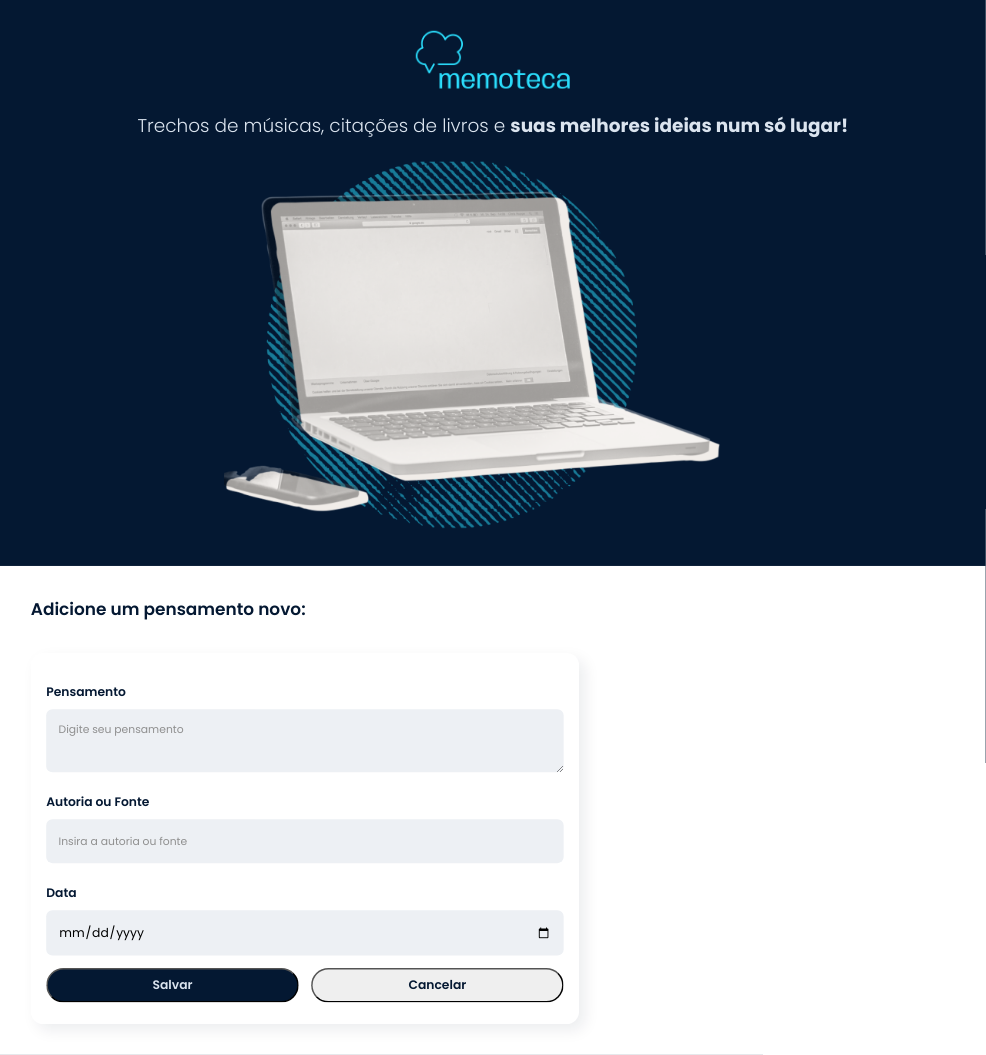
Repository: joaoPraiaJunior/crud_js
Page: index.html
The author's editor kept a copy of each file at every save. The page is drawn from the files as they stood at one save, then again after the next save.
The browser window is 1280 px wide. The pictures show the whole page, at 77% of full size.

Above is the page before, as saved 2024-09-26 23:05:02.

### index.html
<!doctype html>
<html lang="pt-BR" dir="ltr">
	<head>
		<meta charset="UTF-8">
		<meta name="viewport" content="width=device-width, initial-scale=1">
		<title>CRUD de Pensamentos</title>
		<link rel="preconnect" href="https://fonts.googleapis.com">
		<link rel="preconnect" href="https://fonts.gstatic.com" crossorigin>
		<link href="https://fonts.googleapis.com/css2?family=Poppins:ital,wght@0,100;0,200;0,300;0,400;0,500;0,600;0,700;0,800;0,900;1,100;1,200;1,300;1,400;1,500;1,600;1,700;1,800;1,900&display=swap" rel="stylesheet">
		<link href="https://fonts.googleapis.com/css2?family=Roboto+Mono:ital,wght@0,100..700;1,100..700&display=swap" rel="stylesheet">
		<link rel="stylesheet" href="css/styles.css">
	</head>
	<body>
		<header class="cabecalho">
			<div class="logo">
				<img src="assets/imagens/logo.png" alt="Logo do CRUD meus pensamentos">
				<h1>
					Trechos de músicas,
					citações de livros e
					<strong>suas melhores ideias num só lugar!</strong>
				</h1>
			</div>
			<div class="imagem-cabecalho">
				<img src="assets/imagens/computador-cabecalho.png" aria-hidden="true" alt>
			</div>
		</header>
		<main class="background-overlay">
			<div class="overlay"></div>
			<div class="overlay overlay-color"></div>
			<section>
				<h2>Adicione um pensamento novo:</h2>
				<div id="form-container">
					<form id="pensamento-form" data-js="formulario">
						<input type="hidden" id="pensamento-id" name="id">
						<label for="pensamento-conteudo">Pensamento</label>
						<textarea id="pensamento-conteudo" name="conteudo" placeholder="Digite seu pensamento" minlength="10" maxlength="200" required></textarea>
						<label for="pensamento-autoria"> Autoria ou Fonte </label>
						<input type="text" id="pensamento-autoria" name="autoria" placeholder="Insira a autoria ou fonte" minlength="3" maxlength="15" required>
						<label for="pensamento-data">Data</label>
						<input type="date" name="data" id="pensamento-data" required>
						<div class="form-botoes">
							<button type="submit" id="botao-salvar">Salvar</button>
							<button type="reset" id="botao-cancelar" data-js="botao-resetar-formulario">Cancelar</button>
						</div>
					</form>
				</div>
			</section>
			<!-- <section id="lista-pensamentos-container">
				<h3>Meu Mural</h3>
                <div id="busca-container">
                    <label for="campo-busca">
                        <input type="search" name="busca" id="campo-busca" placeholder="O que você procura?" data-js="busca-pensamento">
                    </label>
                </div>
				<div id="mensagem-vazia" class="mensagem-vazia" data-js="mural-vazio">
					<img src="assets/imagens/lista-vazia.png" alt="Nenhum pensamento disponível">
					<p>Nada por aqui ainda, que tal compartilhar alguma ideia?</p>
				</div>
				<ul id="lista-pensamentos" data-js="lista-de-pensamentos"></ul>
			</section> -->
		</main>
		<!-- <footer>
			<p>&copy; 2024 Desenvolvido por Alura. Projeto fictício sem fins comerciais.</p>
		</footer>

		<script type="module" src="./js/main.js"></script> -->
	</body>
</html>

### css/styles.css
* {
	margin: 0;
	padding: 0;
	box-sizing: border-box;
}

html {
	font-size: 62.5%;
	scroll-behavior: smooth;
}

:root {
	--Baby-blue: #dbe4ef;
	--Azul-Dark: #041832;
	--Cinza-claro: #edf0f4;
	--Cinza-medio: #8f8f8f;
	--Cinza: #444;
	--font-primaria: 'Poppins', sans-serif;
	--font-secundaria: 'Roboto Mono', sans-serif;
}

body {
	font-family: var(--font-primaria);
}

h2,
h3 {
	color: var(--Azul-Dark, #041832);
	font-family: var(--font-primaria);
	font-size: 2.2rem;
	font-style: normal;
	font-weight: 600;
	line-height: normal;
}

header {
	display: flex;
	flex-direction: column;
	justify-content: center;
	align-items: center;
	gap: 3rem;
	background: var(--Azul-Dark, #041832);
	padding: 4rem;
}

.logo {
	display: flex;
	flex-direction: column;
	align-items: center;
	gap: 3rem;
}

.logo img {
	max-width: 20rem;
}

.logo h1 {
	color: var(--Baby-blue, #dbe4ef);
	font-family: var(--font-primaria);
	font-size: 2.4rem;
	font-weight: 300;
	line-height: 3.5rem;
	text-align: center;
}

.imagem-cabecalho img {
	max-width: 100%;
}

main {
	padding: 4rem;
}

#form-container {
	display: flex;
	flex-direction: column;
	align-items: center;
	justify-content: center;
	gap: 4rem;
	background: #fff;
	margin-top: 4rem;
	border-radius: 1.6rem;
	padding: 2.8rem 2rem;
	box-shadow: 8px 8px 20px 0px rgba(4, 24, 50, 0.08);
	width: 100%;
	max-width: 71.2rem;
}

#pensamento-form {
	display: flex;
	flex-direction: column;
	width: 100%;
}

#pensamento-conteudo,
#pensamento-autoria,
#pensamento-data {
	padding: 1.6rem;
	border-radius: 8px;
	background: var(--Cinza-claro, #edf0f4);
}

#pensamento-conteudo {
	min-height: 8rem;
}

#pensamento-data {
	cursor: pointer;
}

#pensamento-form label {
	color: var(--Azul-Dark, #041832);
	font-family: var(--font-primaria);
	font-size: 1.6rem;
	font-weight: 600;
	margin: 1rem 0;
}

#pensamento-conteudo::placeholder,
#pensamento-autoria::placeholder {
	color: var(--Cinza-medio, #8f8f8f);
	font-family: var(--font-primaria);
	font-size: 1.4rem;
	font-style: normal;
	font-weight: 400;
}

#pensamento-form textarea,
#pensamento-form input {
	font-size: 1.6rem;
	font-family: var(--font-primaria);
	margin-bottom: 1.6rem;
	border-style: none;
	outline: none;
}

.form-botoes {
	display: flex;
	justify-content: space-between;
	gap: 1.6rem;
}

#botao-salvar,
#botao-cancelar {
	color: var(--Baby-blue, #dbe4ef);
	font-family: var(--font-primaria);
	font-size: 1.6rem;
	font-weight: 600;
	padding: 0.8rem 0;
	border-radius: 3.2rem;
	width: 100%;
	cursor: pointer;
}

#botao-salvar {
	background: var(--Azul-Dark, #041832);
}

#botao-cancelar {
	color: var(--Azul-Dark, #041832);
}

/* main {
	padding-top: 12rem;
	flex: 1;
	display: flex;
	flex-direction: column;
	align-items: center;
	position: relative;
	min-height: 280vh;
	box-sizing: border-box;
}

.overlay {
	position: absolute;
	top: 0;
	left: 0;
	width: 100%;
	height: 100%;
	background-image: url('/assets/imagens/background.png');
	background-size: cover;
	opacity: 0.5;
	z-index: -1;
}

.overlay-color {
	background-color: #f4f4f4;
}


.conteudo-cabecalho {
	display: flex;
	justify-content: center;
	gap: 3.2rem;
	align-items: center;
}

header .logo {
	display: flex;
	flex-direction: column;
	gap: 4.8rem;
}

header .logo img {
	max-width: 20rem;
}

header .logo h1 {
	color: var(--Baby-blue, #dbe4ef);
	font-family: var(--font-primaria);
	align-self: center;
	font-size: 5.2rem;
	font-weight: 300;
	line-height: 6.76rem;
}


footer {
	padding: 32px 360px;
	background: #041832;
	color: var(--Baby-blue, #dbe4ef);
	text-align: center;
	width: 100%;
	position: relative;
	left: 0;
}

h2,
h3 {
	color: var(--Azul-Dark, #041832);
	text-align: center;
	font-family: var(--font-primaria);
	font-size: 4.4rem;
	font-style: normal;
	font-weight: 600;
	line-height: normal;
}

#form-container {
	display: flex;
	padding: 4.8rem 4rem;
	flex-direction: column;
	align-items: center;
	gap: 4rem;
	align-self: center;
	justify-content: center;
	border-radius: 16px;
	position: relative;
	background: #fff;
	box-shadow: 8px 8px 20px 0px rgba(4, 24, 50, 0.08);
	width: 100%;
	max-width: 71.2rem;
	margin-top: 4rem;
}


#pensamento-conteudo::placeholder,
#pensamento-autoria::placeholder {
	color: var(--Cinza-medio, #8f8f8f);
	font-family: var(--font-primaria);
	font-size: 1.6rem;
	font-style: normal;
	font-weight: 400;
	line-height: normal;
}

#pensamento-form textarea,
#pensamento-form input {
	margin-bottom: 2.4rem;
	outline: none;
	border-style: none;
	font-size: 2rem;
	font-family: var(--font-primaria);
}

.form-botoes {
	display: flex;
	justify-content: center;
	gap: 1rem;
	padding-top: 1.6rem;
}

#botao-salvar,
#botao-cancelar {
	padding: 0.8rem 3.2rem;
	border-radius: 3.2rem;
	color: var(--Baby-blue, #dbe4ef);
	font-family: var(--font-primaria);
	font-size: 22px;
	font-style: normal;
	font-weight: 600;
	line-height: normal;
	cursor: pointer;
}

#botao-salvar {
	background: var(--Azul-Dark, #041832);
	min-width: 16rem;
}

#botao-cancelar {
	color: var(--Azul-Dark, #041832);
}

#lista-pensamentos-container {
	width: 100%;
	max-width: 120rem;
	margin: 4rem 0;
}

#lista-pensamentos-container h3 {
	display: flex;
	justify-content: center;
	flex-direction: column;
	margin: 4rem 0;
}

#lista-pensamentos-container h3::before {
	content: '';
	display: inline-block;
	align-self: center;
	width: 18rem;
	height: 0.1rem;
	background: #041832;
	margin: 5.8rem 0 4rem;
}

#lista-pensamentos {
	display: flex;
	flex-wrap: wrap;
	justify-content: space-between;
	row-gap: 3.2rem;
	padding: 0;
	list-style: none;
}

/* .li-pensamento {
	position: relative;
	padding: 1.6rem;
	background: var(--Branco, #fff);
	box-shadow: 0.8rem 0.8rem 0rem 0rem #154580;
	flex: 1 1 calc(33.333% - 24px);
	max-width: calc(33.333% - 24px);
	min-width: 38.4rem;
	min-height: 31.5rem;
	display: flex;
	flex-direction: column;
	overflow-wrap: break-word;
	word-wrap: break-word;
	hyphens: auto;
} */

/* .li-pensamento {
	display: flex;
	flex-direction: column;
	flex: 1 1 calc(33.333% - 24px);
	gap: 1.2rem;
	position: relative;
	background: var(--Branco, #fff);
	box-shadow: 0.8rem 0.8rem 0rem 0rem #154580;
	max-width: calc(33.333% - 2.4rem);
	min-width: 38.4rem;
	min-height: 31.5rem;
	padding: 2.4rem;
}

.icone-aspas {
	width: 6.4rem;
	height: 5rem;
}

.pensamento-conteudo,
.pensamento-autoria,
.pensamento-data {
	color: var(--Cinza, #444);
	font-family: var(--font-secundaria);
	hyphens: auto;
}

.pensamento-conteudo {
	font-size: 1.6rem;
	font-weight: 400;
}

.pensamento-autoria {
	font-size: 1.6rem;
	font-weight: 600;
}

.pensamento-data {
	font-size: 1.2rem;
	font-weight: 500;
	margin-bottom: 4rem;
}

.icones {
	position: absolute;
	bottom: 0;
	align-self: flex-end;
}

.botao-editar,
.botao-excluir,
.botao-favoritar {
	background: none;
	border: none;
	cursor: pointer;
	padding: 0.8rem;
	margin-left: 0.8rem;
}

.botao-editar img,
.botao-excluir img {
	width: 2rem;
	height: 2rem;
}

.botao-favoritar img {
	width: 2.3rem;
}

.mensagem-vazia {
	display: none;
	text-align: center;
	color: var(--Azul-Dark, #041832);
	margin-top: 40px;
}

.mensagem-vazia img {
	max-width: 200px;
	margin-bottom: 20px;
}

.mensagem-vazia p {
	font-family: var(--font-primaria);
	font-size: 2.2rem;
	font-weight: 400;
	line-height: 3.3rem;
	text-align: center;
}

#busca-container {
	display: flex;
	align-items: center;
	width: 100%;
	max-width: 60rem;
	margin: 5.6rem auto;
	padding: 0 1.6rem;
}

#busca-container label {
	display: flex;
	align-items: center;
}

#campo-busca {
	flex: 1;
	width: 57.2rem;
	height: 4.8rem;
	padding: 0.8rem 4.5rem;
	border-radius: 3.2rem;
	border: 0.1rem solid #144480;
	font-family: var(--font-primaria);
	font-size: 1.6rem;
	font-weight: 400;
	outline: none;
}

#busca-container label::before {
	content: url('../assets/imagens/lupa.png');
	display: block;
	position: relative;
	left: 3.5rem;
	width: 2.4rem;
	height: 2.4rem;
}  */

After the next save:
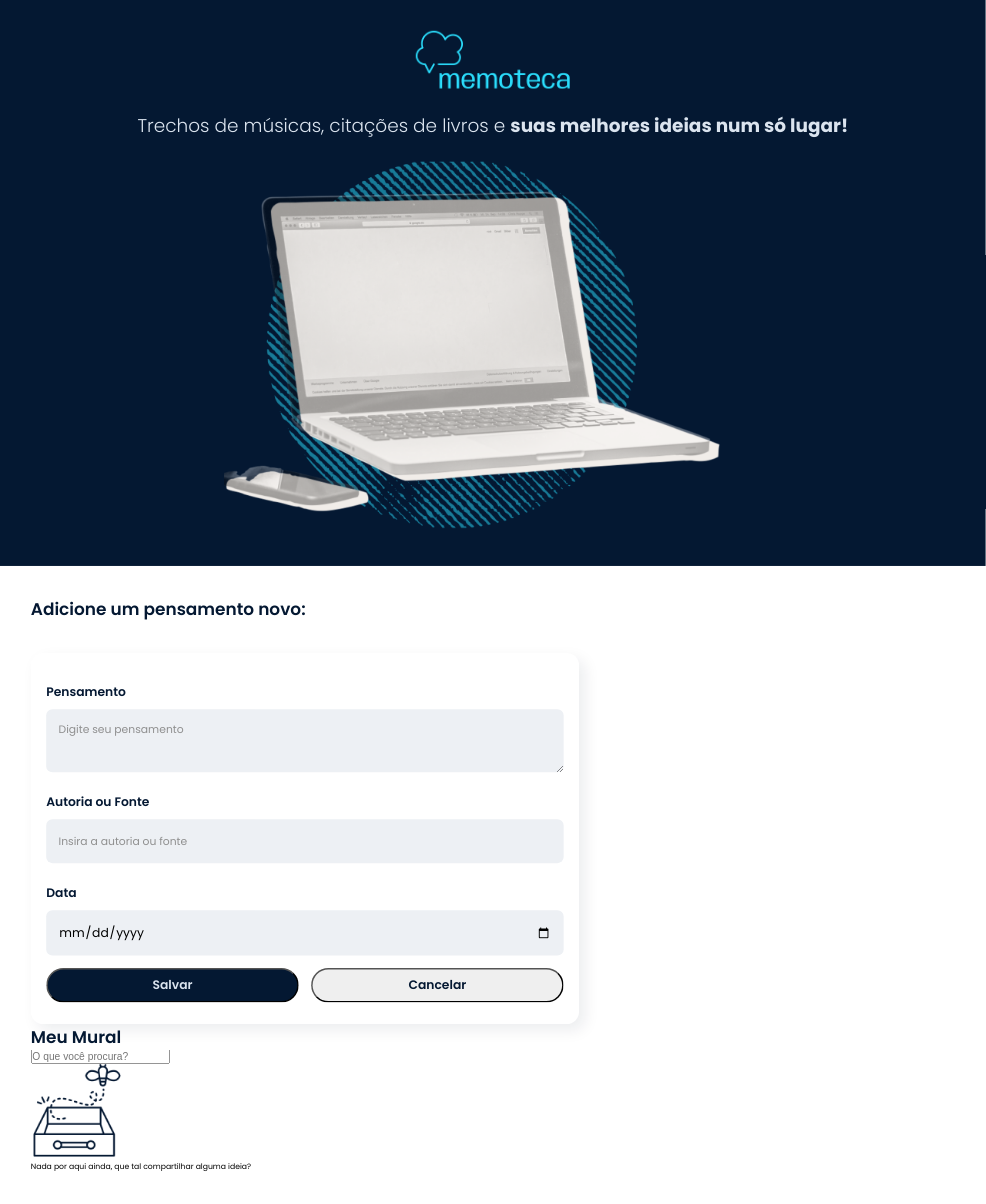
Saved 69 s later.
--- a/index.html
+++ b/index.html
@@ -45,7 +45,7 @@
 					</form>
 				</div>
 			</section>
-			<!-- <section id="lista-pensamentos-container">
+			<section id="lista-pensamentos-container">
 				<h3>Meu Mural</h3>
                 <div id="busca-container">
                     <label for="campo-busca">
@@ -57,7 +57,7 @@
 					<p>Nada por aqui ainda, que tal compartilhar alguma ideia?</p>
 				</div>
 				<ul id="lista-pensamentos" data-js="lista-de-pensamentos"></ul>
-			</section> -->
+			</section>
 		</main>
 		<!-- <footer>
 			<p>&copy; 2024 Desenvolvido por Alura. Projeto fictício sem fins comerciais.</p>
